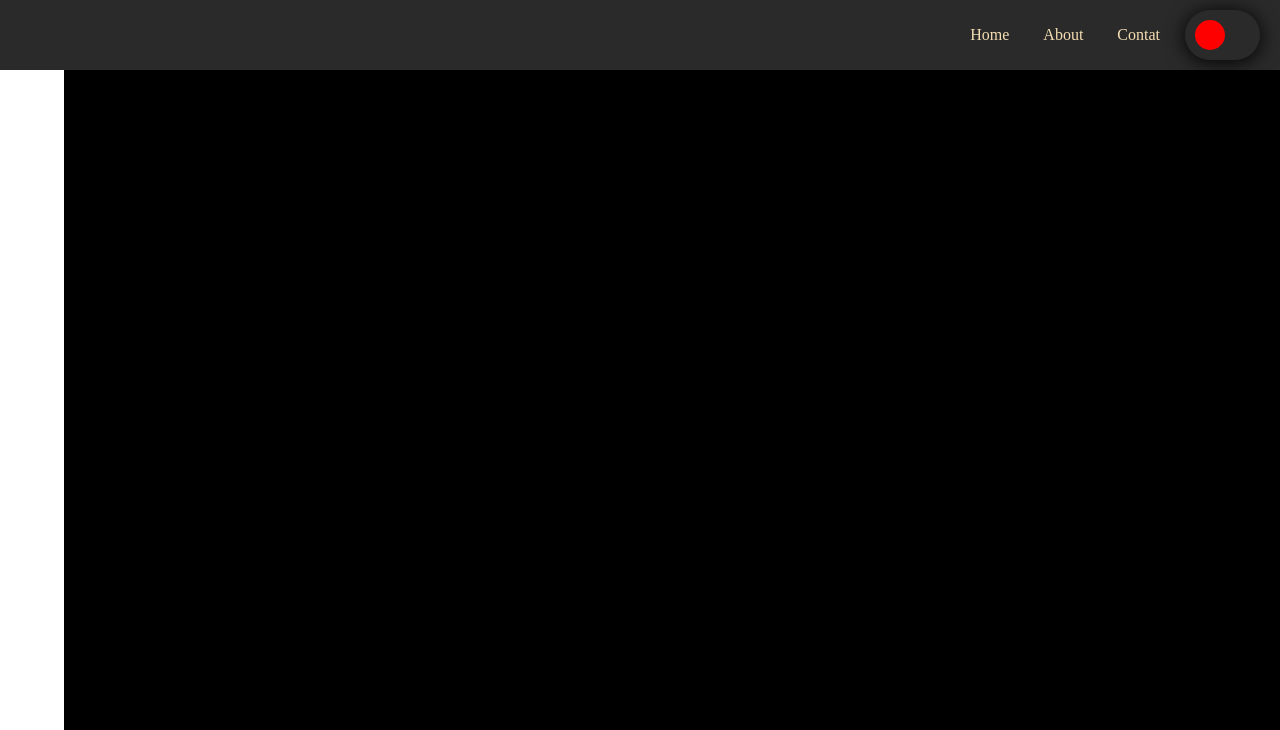
Repository: imokha01/toggleNavBar
Page: index.html
The author's editor kept a copy of each file at every save. The page is drawn from the files as they stood at one save, then again after the next save.
The browser window is 1280 px wide. The pictures show the whole page.

Above is the page before, as saved 2023-12-26 23:20:09.

### index.html
<!DOCTYPE html>
<html lang="en">
<head>
    <meta charset="UTF-8">
    <meta name="viewport" content="width=device-width, initial-scale=1.0">
    <title>Toggle Nav Bar</title>
    <link rel="stylesheet" href="style.css">
</head>
<body>
    <header class="header">
        <div class="header__content">
            <nav class="header__content__navbar">
                <li class="header__content__navbar__list">
                    <a href="#" class="header__content__navbar__link">Home</a>
                </li>
                <li class="header__content__navbar__list">
                    <a href="#" class="header__content__navbar__link">About</a>
                </li>
                <li class="header__content__navbar__list">
                    <a href="#" class="header__content__navbar__link">Contat</a>
                </li>
            </nav>
            <input type="checkbox" class="checkbox toggle-triger">
        </div>
    </header>
    <div class="main-body"></div>
</body>
</html>

### style.css
*{
    margin: 0;
    padding: 0;
    box-sizing: border-box;
}

.header {
    background: #2a2a2a;
    /* height: 70px; */

}


.header__content__navbar__list {
    display: inline-block;
    list-style-type: none;
}

.header__content__navbar__link{
    color: wheat;
    text-decoration: none;
    padding: 15px;
}

.header__content {
    display: flex;
    justify-content: end;
    align-items: center;
    padding: 10px 20px;
    gap: 10px;
}

.checkbox {
    width: 75px;
    height:50px;
    border-radius: 60px;
    background-color: #0000;
    appearance: none;
    box-shadow: 0 2px 20px black ;
    position: relative;
    outline: none;
    cursor: pointer;
    transition: .5s;
}

.checkbox::before {
    height: 50px;
    width: 50px;
    position: absolute;
    top: 0;
    left: 0;
    content: "";
    background-color: red;
    border-radius: 60px;
    transform: scale(0.6);
    transition: .5s;
}

.checkbox::after {
    content: "";
    width: 95vw;
    height: 100vh;
    background-color: #000;
    transition: .5s;
    position: absolute;
    right: -20px;
    z-index: -1;
}

.checkbox:checked{
    background-color: #fff;
}

.checkbox:checked::before{
    left: 25px;
}


.checkbox:checked::after {
    background-color: #fff;
}

After the next save:
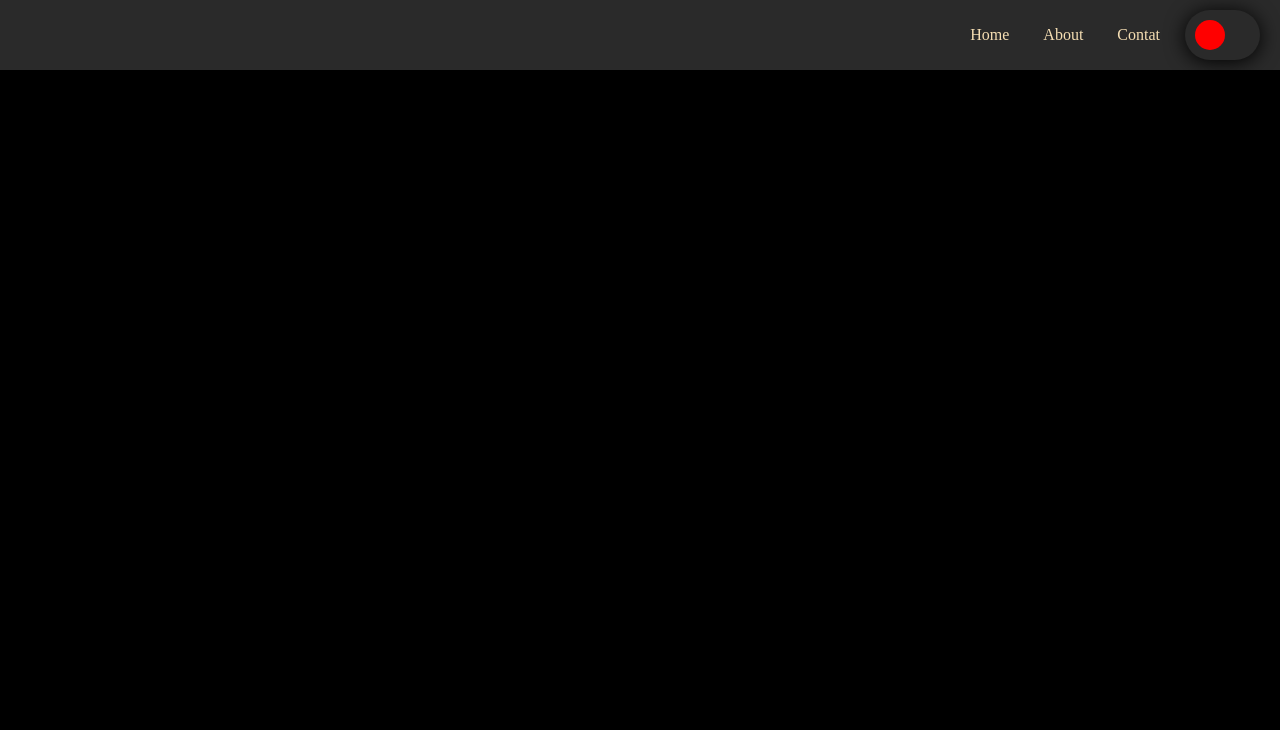
Saved 6 s later.
--- a/style.css
+++ b/style.css
@@ -58,7 +58,7 @@
 
 .checkbox::after {
     content: "";
-    width: 95vw;
+    width: 100vw;
     height: 100vh;
     background-color: #000;
     transition: .5s;
